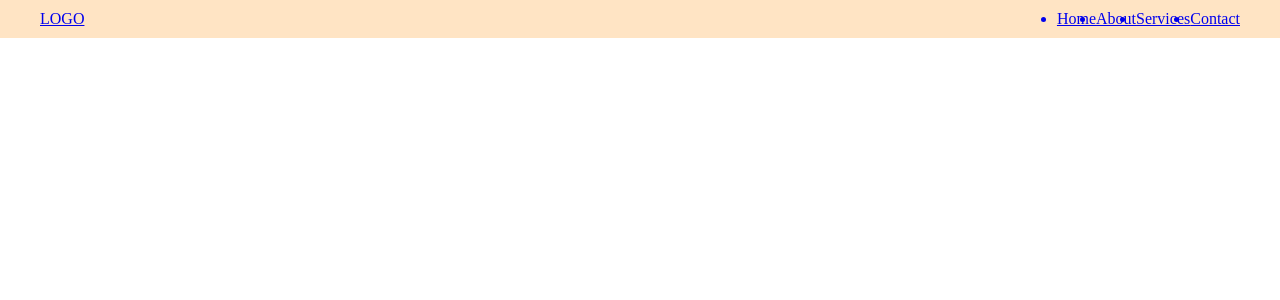
Repository: chanchalsaini/React-WUI
Page: /
The author's editor kept a copy of each file at every save. The page is drawn from the files as they stood at one save, then again after the next save.
The browser window is 1280 px wide. The pictures show the whole page.
The project was rebuilt for these pictures with package versions that can differ from the ones it lists, and the page was loaded fresh each time.

Above is the page before, as saved 2020-09-21 21:52:15.

After the next save:
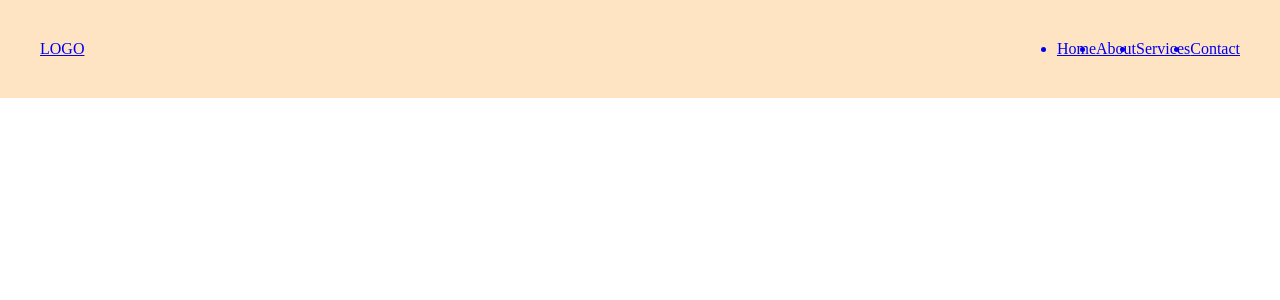
Saved 8 s later.
--- a/src/App.css
+++ b/src/App.css
@@ -5,7 +5,7 @@ header {
   background-color: bisque;
   display: flex;
   justify-content: space-between;
-  padding: 10px 40px;
+  padding: 40px 40px;
 }
 .links {
   display: flex;
